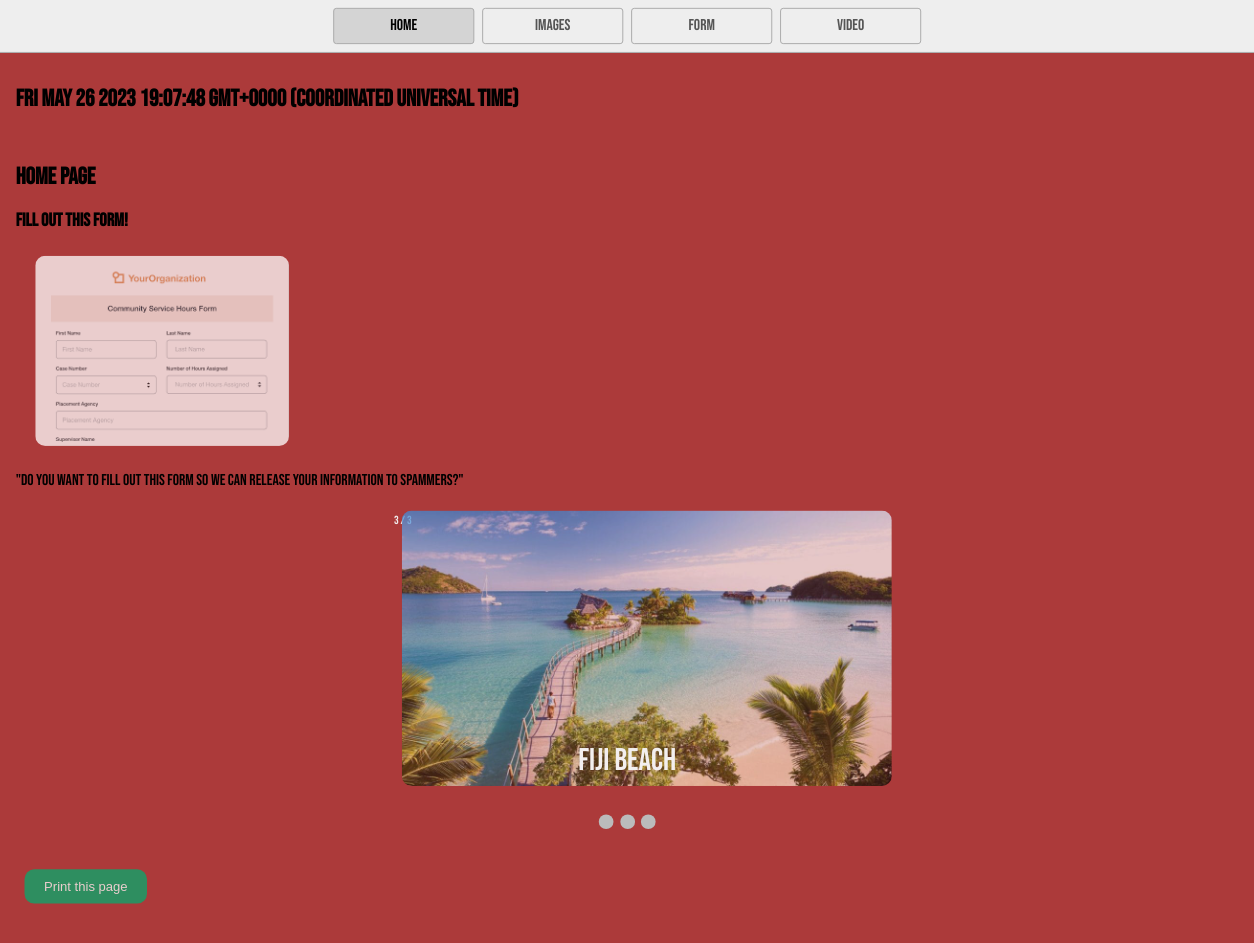
Repository: sebas6292/palmTree-Final
Page: Home.html
These files come from the project's save history. The page is drawn as it stood at one moment and after the next save; the edit follows.
The browser window is 1280 px wide. The pictures show the whole page, at 98% of full size.

Above is the page before, as saved 2023-06-04 13:51:15.

After the next save:
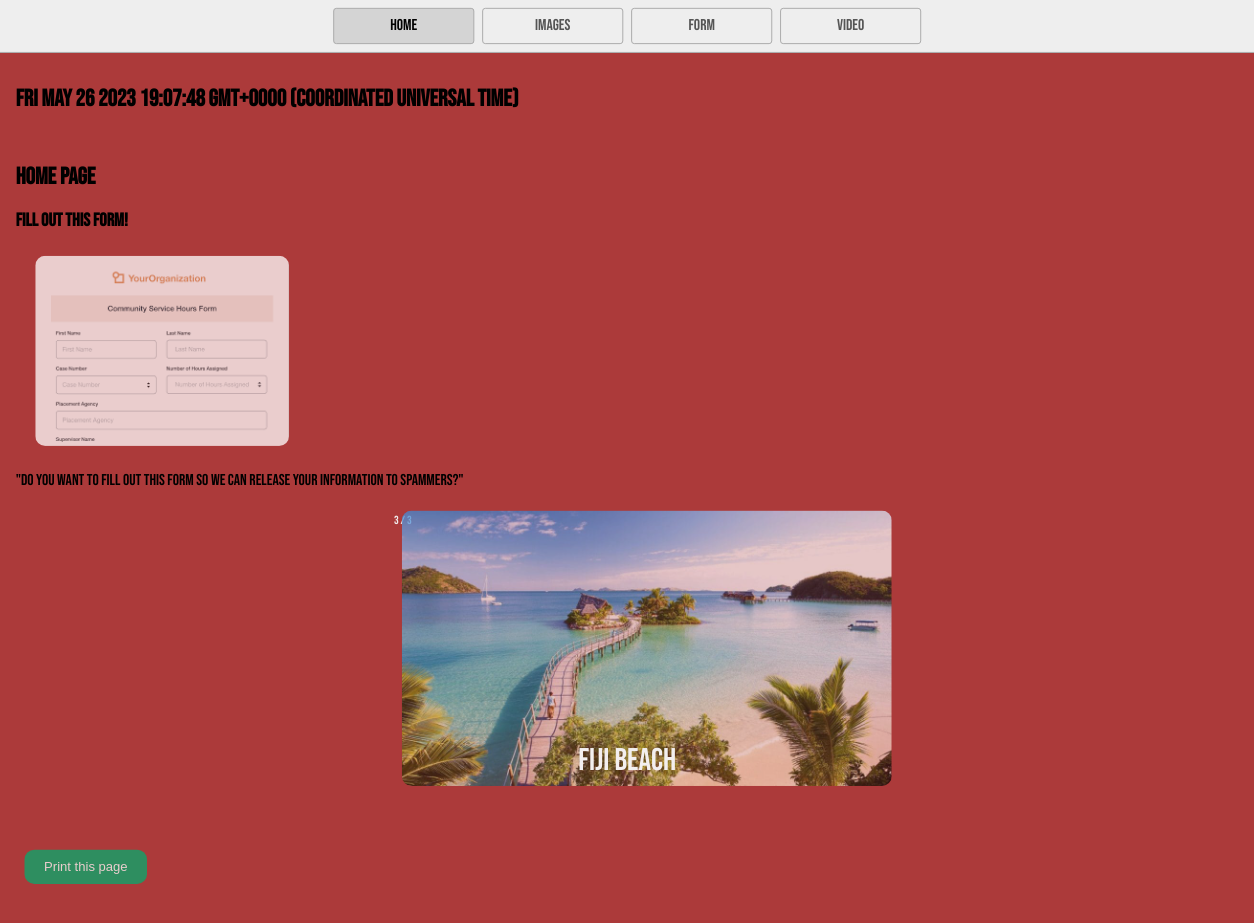
Saved 30 s later.
--- a/Home.html
+++ b/Home.html
@@ -63,11 +63,11 @@
 <br>
 
 <!-- The dots/circles -->
-<div style="text-align:center">
+<!-- <div style="text-align:center">
   <span class="dot" onclick="currentSlide(1)"></span>
   <span class="dot" onclick="currentSlide(2)"></span>
   <span class="dot" onclick="currentSlide(3)"></span>
-</div>
+</div> -->
     </main>
     <button onclick="window.print()">Print this page</button>
   </body>
